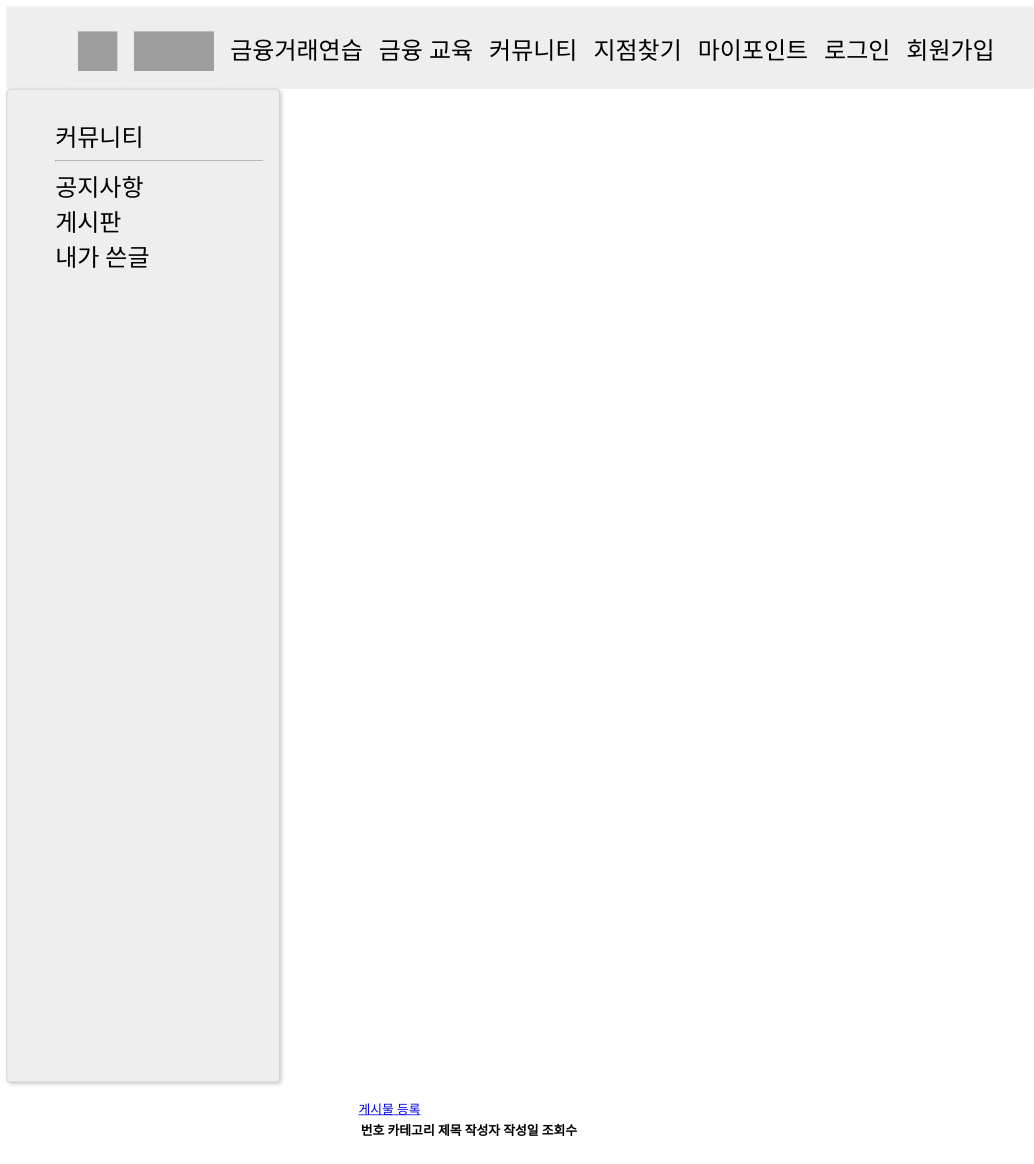
Repository: syc98syc/KB04_TeamProject
Page: http://localhost/jgig/WEB-INF/jsp/board/list.jsp
The author's editor kept a copy of each file at every save. The page is drawn from the files as they stood at one save, then again after the next save.
The browser window is 1280 px wide. The page is 1292 px wide, so the pictures cover 1292 px, including what lies to the right of the window. The pictures show the whole page, at 80% of full size.
Pictures or frames that could not be fetched are drawn as grey boxes. The page is served by Tomcat 9. Nobody is signed in. Other server files are loaded and not shown. The template is opened directly, without the code that normally fills it, so the values that code supplies are empty.

Above is the page before, as saved 2023-09-06 05:12:35.

### jgig/src/main/webapp/WEB-INF/jsp/board/list.jsp
<%@ page language="java" contentType="text/html; charset=UTF-8"
    pageEncoding="UTF-8"%>
<%@ taglib uri="http://java.sun.com/jsp/jstl/core" prefix="c" %>
<!DOCTYPE html>
<html>
<head>
<meta charset="UTF-8">
<title>웹게시물 목록</title>
<style>
#content {
 	margin-left: 420px; /* 사이드바 너비 + 여백만큼 오른쪽으로 밀어줍니다. */
    flex-grow: 1; /* 남은 공간을 모두 차지하도록 설정 */
    background-color: #fff; /* 배경색 설정 */
    padding: 20px; /* 내부 여백 설정 */
}
</style>
</head>
<body>
<%@ include file="../include/top_navbar.jsp" %>
<%@ include file="../include/left_navbar.jsp" %>
<div id="content">
	<a href="/board_insert_form">게시물 등록</a> <br>
	<table>
		<tr>
		<th>번호</th>
		<th>카테고리</th>
		<th>제목</th>
		<th>작성자</th>
		<th>작성일</th>
		<th>조회수</th>
		<c:forEach items="${board_list}" var="brd">
		<tr>
			<td>${brd.brd_id }</td>
			<td>${brd.brd_category }</td>
			<td><a href="board_detail?no=${brd.brd_id}">${brd.title}</a></td>
			<td>${brd.mem_id }</td>
			<td>${brd.brd_date_created }</td>
			<td>${brd.brd_view }</td>
		</tr>
		</c:forEach>
	</table>
</div>
</body>
</html>

### jgig/src/main/webapp/WEB-INF/jsp/include/top_navbar.jsp
<%@ page language="java" contentType="text/html; charset=UTF-8"
    pageEncoding="UTF-8"%>
<!DOCTYPE html>
<html>
<head>
<meta charset="UTF-8">
<title>Insert title here</title>
<style>
/* 상단 메뉴 스타일 */
        #top-menu {
            background-color: #eee;
            color: #fff;
            padding: 10px;
            width: 100%;
             display: flex;
  justify-content: center;
        }


    #img1 {
		width: 7vmin;
		height: 7vmin;
	}


	#img2 {
		width: 14vmin;
		height: 7vmin;
	}

	#top-menu a {
    color: #000; /* 링크 글꼴 색상 설정 */
    text-decoration: none; /* 링크 밑줄 제거 */
}

	#top-menu ul{
		list-style: none;
	}
	#top-menu li{
		float: left;
		background: #eee;
		padding:5px 10px;
		font-size: 30px;
	}
</style>
</head>
<body>
	<div id = "top-menu">
		<nav>
				<ul>
					<li><img id="img1" src="resources/img/KB.png"></li>
					<li><img id="img2" src="resources/img/지금입금.png"></li>
					<li class="menu1"><a href="#">금융거래연습</a></li>
					<li class="menu2"><a href="#">금융 교육</a></li>
					<li class="menu3"><a href="#">커뮤니티</a></li>
					<li class="menu4"><a href="#">지점찾기</a></li>
					<li class="menu5"><a href="#">마이포인트</a></li>
					<li class="menu6"><a href="#">로그인</a></li>
					<li class="menu7"><a href="#">회원가입</a></li>
				</ul>
		</nav>
	</div>

</body>
</html>

### jgig/src/main/webapp/WEB-INF/jsp/include/left_navbar.jsp
<%@ page language="java" contentType="text/html; charset=UTF-8"
    pageEncoding="UTF-8"%>
<!DOCTYPE html>
<html>
<head>
<meta charset="UTF-8">
<title>Insert title here</title>
<style>
/* 좌측 사이드바 스타일 */
#sidebar {
    width: 300px; /* 박스 컨테이너의 너비 설정 */
    height: 1200px; /* 박스 컨테이너의 높이 설정 */
    background-color: #eee; /* 배경색 설정 */
    color: #000; /* 글꼴 색상 설정 */
    padding: 20px; /* 내부 여백 설정 */
    border: 1px solid #ccc; /* 박스 컨테이너의 테두리 설정 */
    border-radius: 5px; /* 박스 컨테이너의 모서리를 둥글게 설정 */
    box-shadow: 2px 2px 5px rgba(0, 0, 0, 0.2); /* 그림자 효과 추가 */
    line-height: normal;
    display: inline-block;
    vertical-align: middle;
}

/* 좌측 사이드바 링크 스타일 */
#sidebar a {
    color: #000; /* 링크 글꼴 색상 설정 */
    text-decoration: none; /* 링크 밑줄 제거 */
}

/* 좌측 사이드바 링크 호버 스타일 */
#sidebar a:hover {
    text-decoration: underline; /* 호버 상태에서 밑줄 추가 */
}

/* 좌측 사이드바 제목 스타일 */
#sidebar h2 {
    font-size: 24px; /* 제목 글꼴 크기 설정 */
}
	ul{
		list-style: none;
	}
	li{
		display: block; /* 각 <li> 요소를 한 줄에 하나씩 표시 */
		background: #eee;
		font-size: 30px;
	}
</style>
</head>
<body>
	<div id = "sidebar">
		<nav>
				<ul>
					<li>커뮤니티</li> <hr>
					<li class="menu1"><a href="#">공지사항</a></li>
					<li class="menu2"><a href="#">게시판</a></li>
					<li class="menu3"><a href="#">내가 쓴글</a></li>
				</ul>
		</nav>
	</div>

</body>
</html>

After the next save:
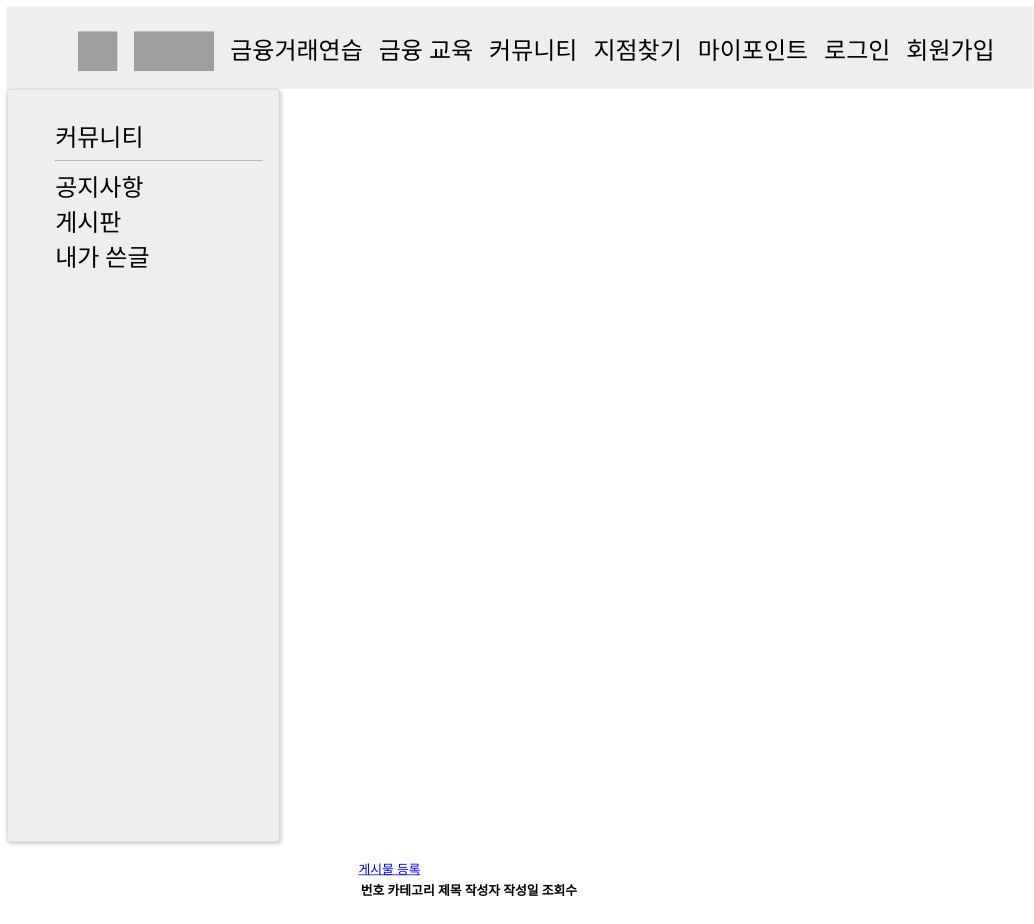
Saved 14 s later.
--- a/jgig/src/main/webapp/WEB-INF/jsp/include/left_navbar.jsp
+++ b/jgig/src/main/webapp/WEB-INF/jsp/include/left_navbar.jsp
@@ -9,7 +9,7 @@
 /* 좌측 사이드바 스타일 */
 #sidebar {
     width: 300px; /* 박스 컨테이너의 너비 설정 */
-    height: 1200px; /* 박스 컨테이너의 높이 설정 */
+    height: 900px; /* 박스 컨테이너의 높이 설정 */
     background-color: #eee; /* 배경색 설정 */
     color: #000; /* 글꼴 색상 설정 */
     padding: 20px; /* 내부 여백 설정 */
